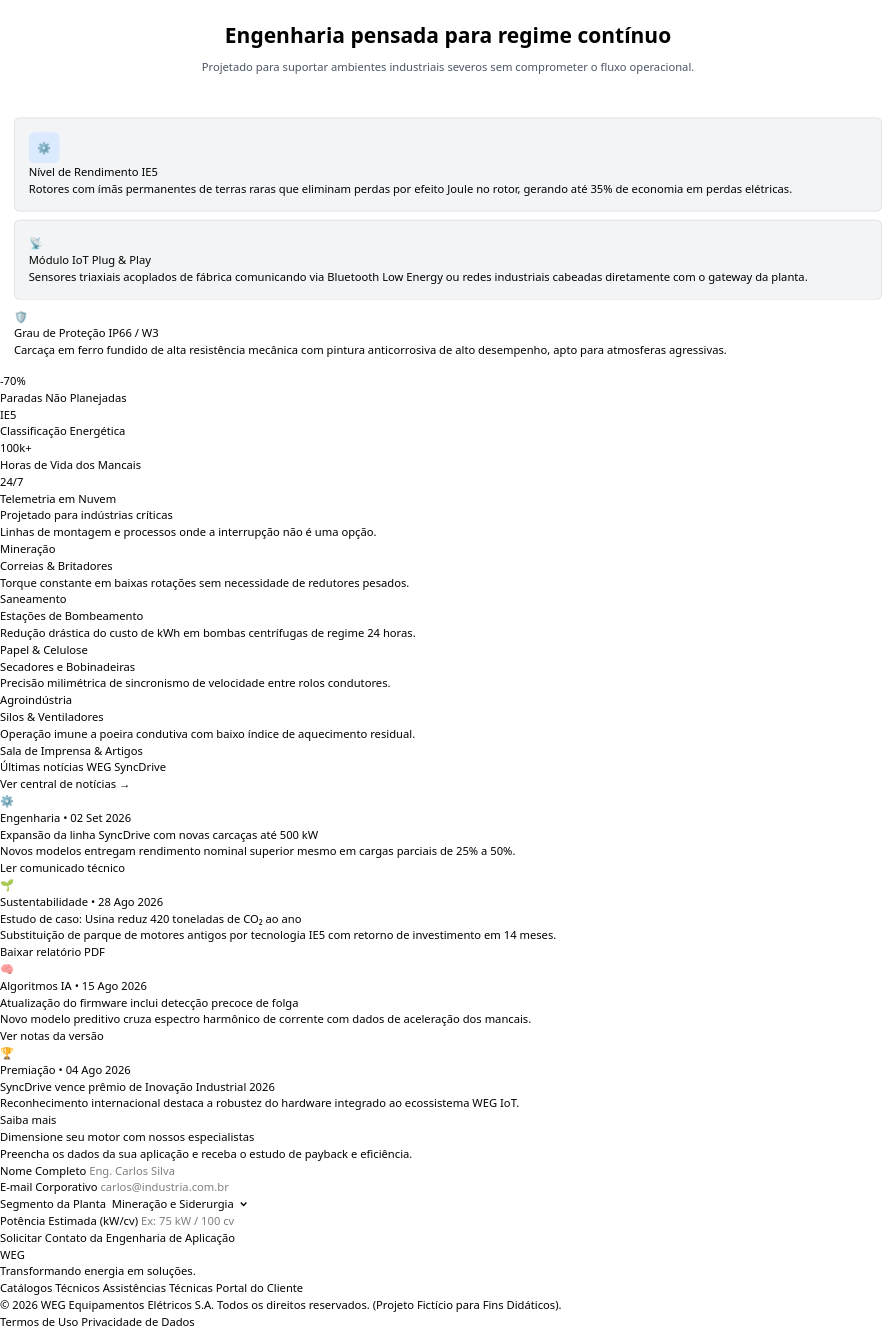
Repository: camilewng/Exercicio-Tailwind
Page: index.html
These files come from the project's save history. The page is drawn as it stood at one moment and after a run of saves; the edit follows.
The browser window is 1280 px wide. The pictures show the part of the page from y = 1040 to 2960 px (the page is 2940 px tall before and 2960 px after), at 70% of full size.

Above is the page before, as saved 2026-09-08 21:20:45.

After the next 4 saves:
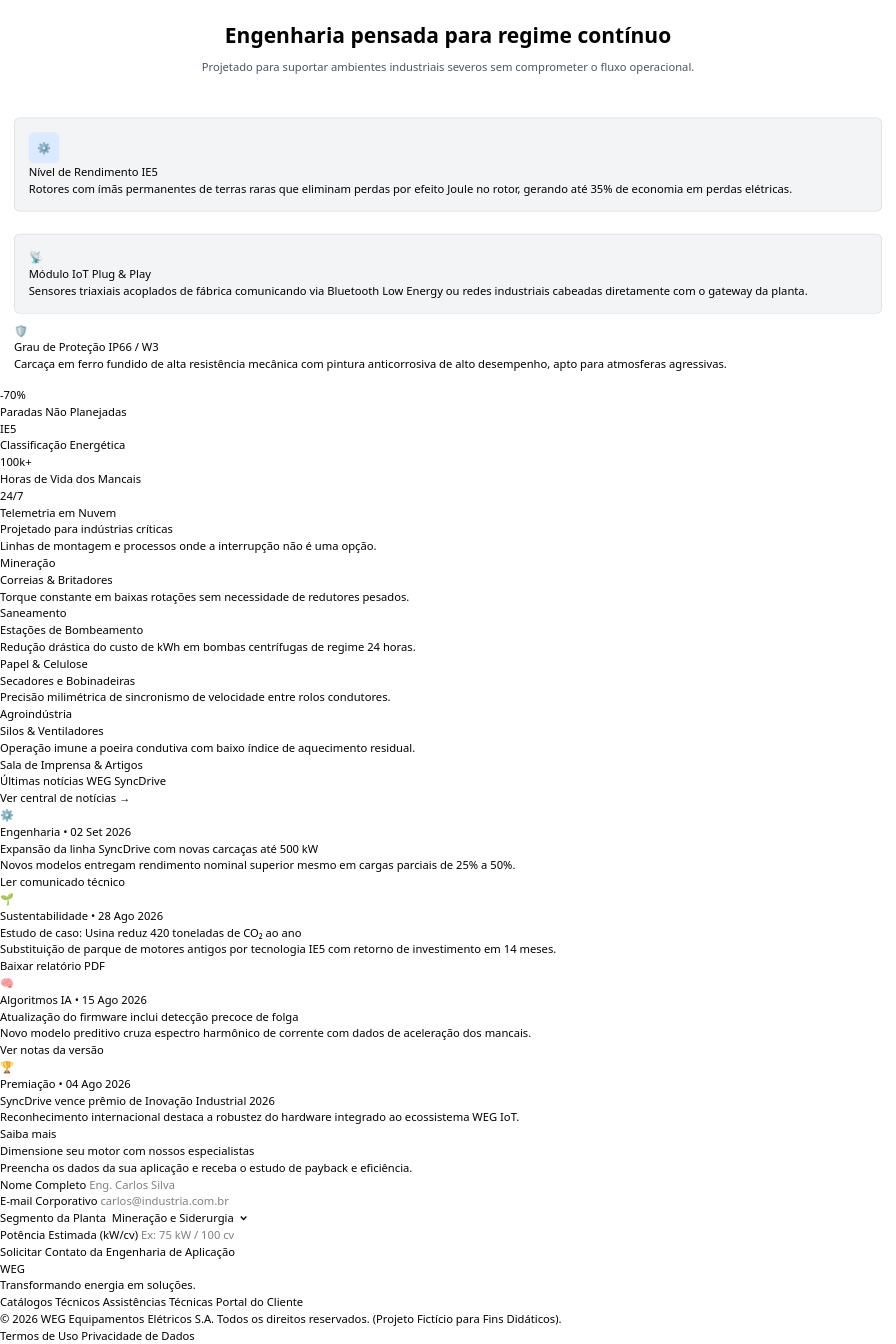
The 4 saves are shown as one change because they came seconds apart.
The last was saved 13 s later.
--- a/index.html
+++ b/index.html
@@ -132,7 +132,7 @@
         </div>
 
         <div>
-          <article class="bg-gray-100 p-5 rounded-lg border border-gray-300/80 mb-3">
+          <article class="bg-gray-100 p-5 rounded-lg border border-gray-300/80 mb-8">
             <div class="flex justify-center items-center bg-blue-100 w-11 h-11 rounded-lg">⚙️</div>
             <h3>Nível de Rendimento IE5</h3>
             <p>Rotores com ímãs permanentes de terras raras que eliminam perdas por efeito Joule no rotor, gerando até 35% de economia em perdas elétricas.</p>
